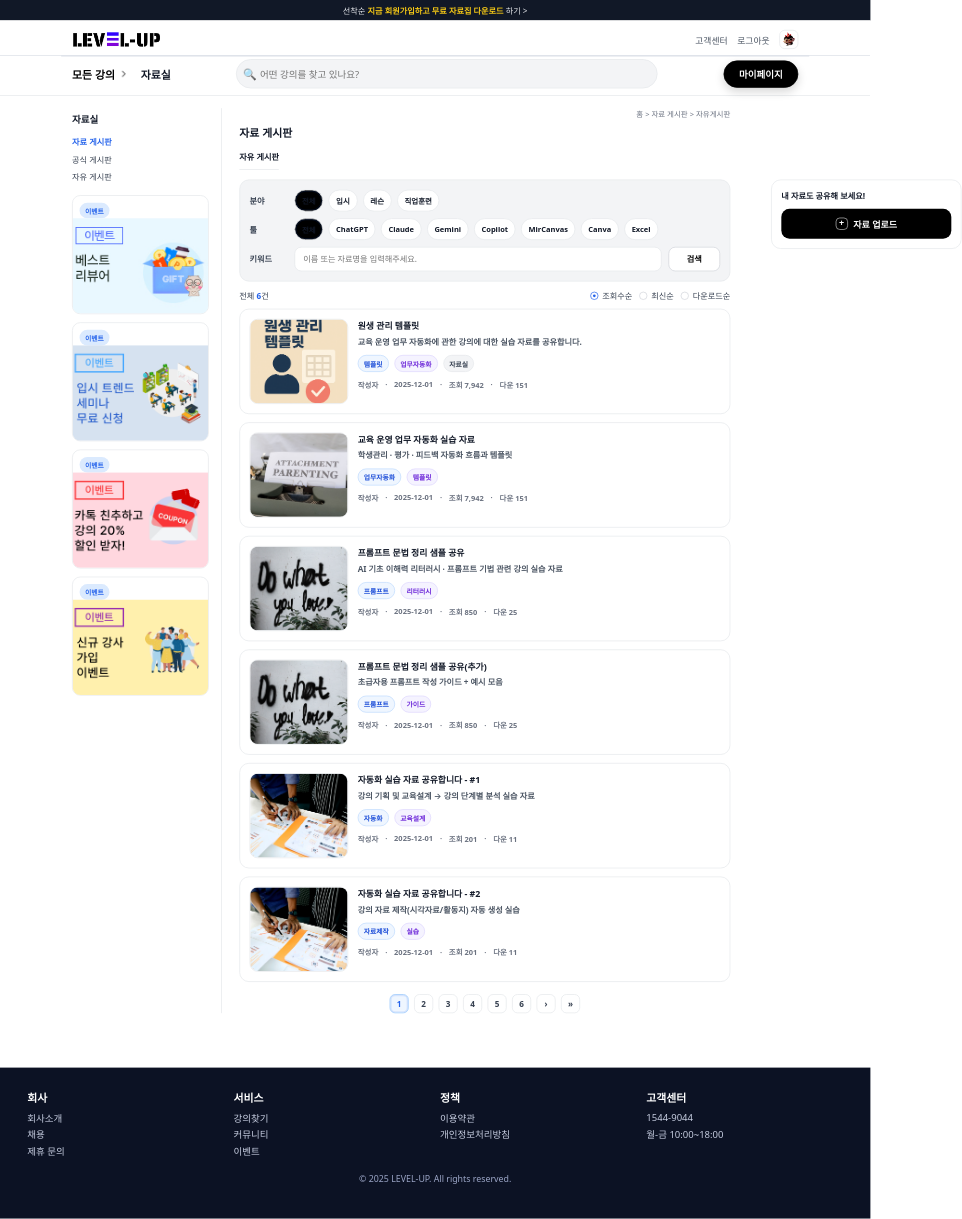
Repository: Iimchaehoon/level_up
Page: board_free.html
An editor plug-in stored every save of this project. The page is shown before and after the next save, followed by the edit.
The browser window is 1280 px wide. The page is 1414 px wide, so the pictures cover 1414 px, including what lies to the right of the window. The pictures show the whole page, at 68% of full size.

Above is the page before, as saved 2025-12-16 23:08:06.

After the next save:
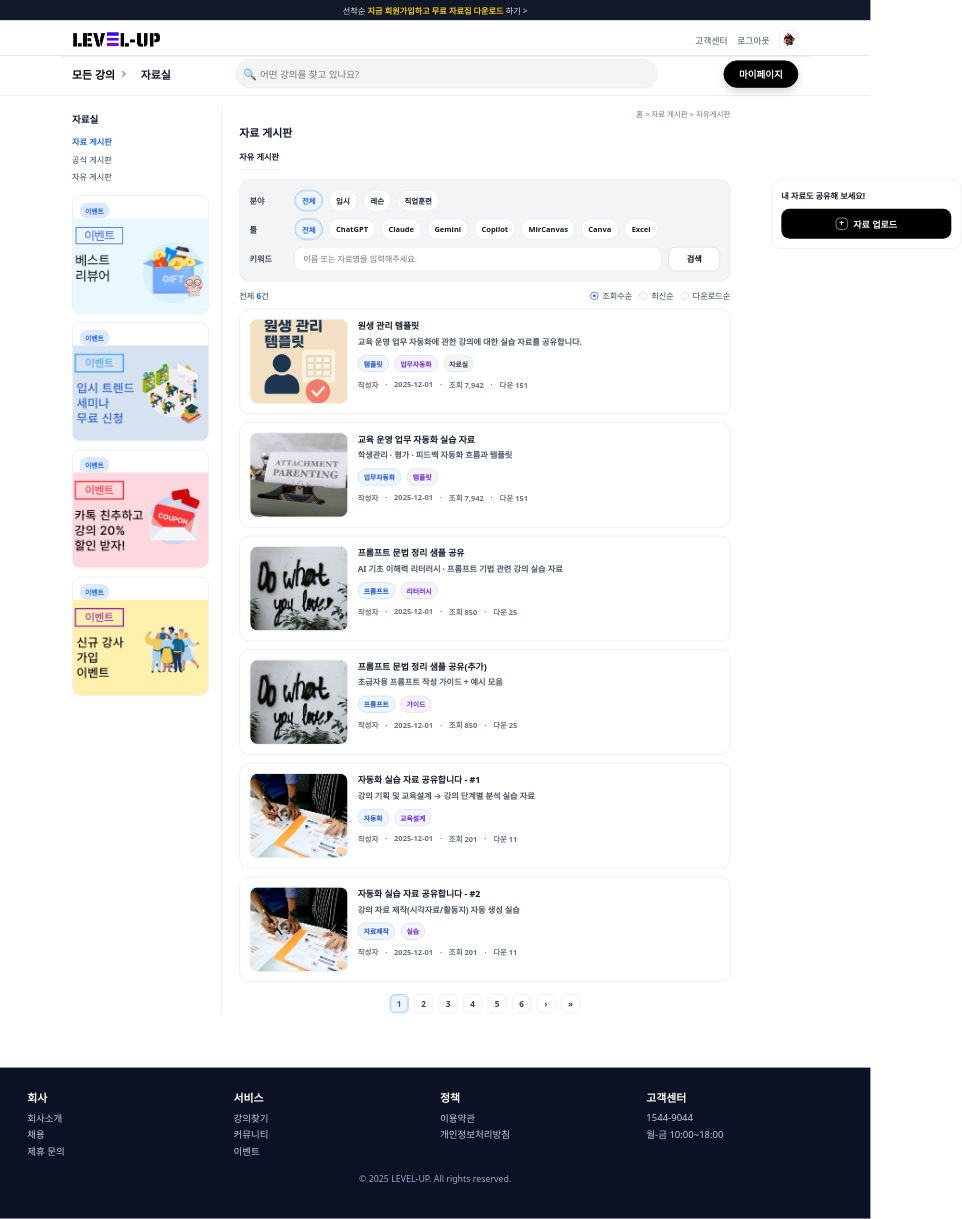
Saved 29 s later.
--- a/board_free.html
+++ b/board_free.html
@@ -258,10 +258,10 @@
       user-select:none;
     }
     .chip.active{
-
+      border-color:#93c5fd;
       box-shadow:0 0 0 2px rgba(37,99,235,.12) inset;
-
-      background:black;
+      color:var(--primary);
+      background:#eff6ff;
     }
 
     .keyword-row{
